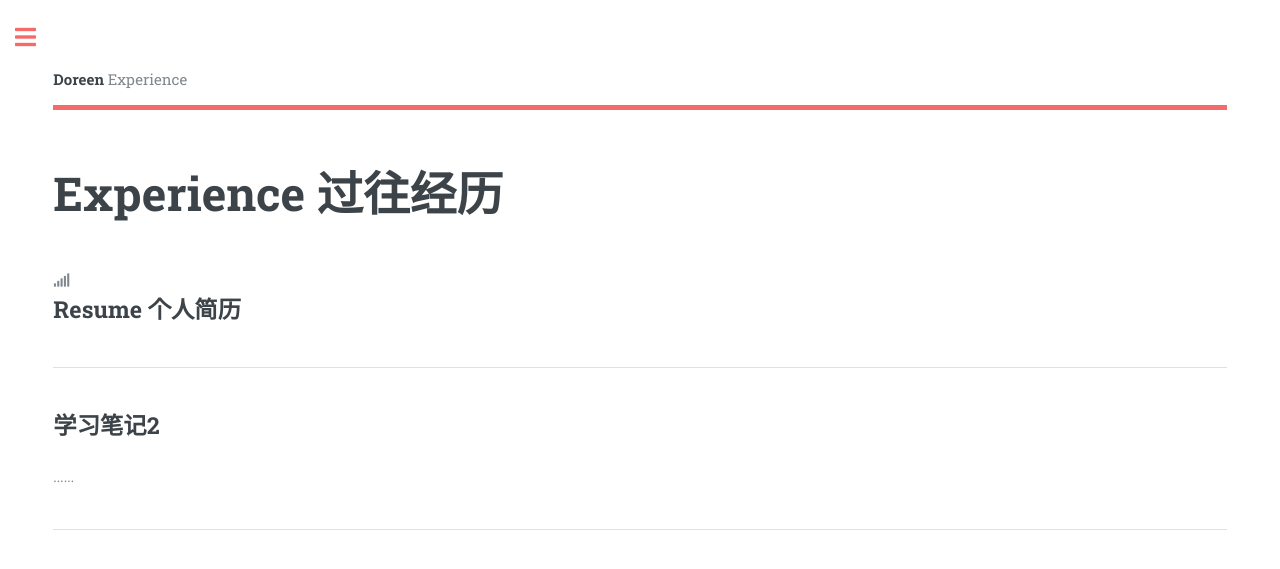
Repository: Hpz3859/Hpz3859.github.io
Page: experience.html
These files come from the project's save history. The page is drawn as it stood at one moment and after the next save; the edit follows.
The browser window is 1280 px wide. The pictures show the whole page.

Above is the page before, as saved 2025-03-19 14:37:22.

### experience.html
<!DOCTYPE HTML>
<!--
	Editorial by HTML5 UP
	html5up.net | @ajlkn
	Free for personal and commercial use under the CCA 3.0 license (html5up.net/license)
-->
<html>
	<head>
		<title>Doreen Experience</title>
		<meta charset="utf-8" />
		<meta name="viewport" content="width=device-width, initial-scale=1, user-scalable=no" />
		<link rel="stylesheet" href="assets/css/main.css" />
	</head>
	<body class="is-preload">

		<!-- Wrapper -->
			<div id="wrapper">

				<!-- Main -->
					<div id="main">
						<div class="inner">

							<!-- Header -->
								<header id="header">
									<a href="experience.html" class="logo"><strong>Doreen</strong>  Experience</a>
									<!--
									<ul class="icons">
										<li><a href="#" class="icon brands fa-twitter"><span class="label">Twitter</span></a></li>
										<li><a href="#" class="icon brands fa-facebook-f"><span class="label">Facebook</span></a></li>
										<li><a href="#" class="icon brands fa-snapchat-ghost"><span class="label">Snapchat</span></a></li>
										<li><a href="#" class="icon brands fa-instagram"><span class="label">Instagram</span></a></li>
										<li><a href="#" class="icon brands fa-medium-m"><span class="label">Medium</span></a></li>
									</ul>
									-->
								</header>

							<!-- Content -->
								<section>
									<header class="main">
										<h1>Experience 过往经历</h1>
									</header>
										<!-- Content -->
										<div class="content">
											<span class="icon solid fa-signal">
												<h2><a href="resume.html" class="logo">Resume 个人简历</a></h2>
											</span>

										</div>
										<hr class="major" />

										<div class="content">
											<h2><a href="#" class="logo">学习笔记2</a></h2>
											<p>……</p>
										</div>
										<hr class="major" />


								</section>

						</div>
					</div>

				<!-- Sidebar -->
					<div id="sidebar">
						<div class="inner">

							<!-- Search -->
								<section id="search" class="alt">
									<form method="post" action="#">
										<input type="text" name="query" id="query" placeholder="Search" />
									</form>
								</section>

							<!-- Menu -->
								<nav id="menu">
									<header class="major">
										<h2>目录</h2>
									</header>
									<ul>
										<li><a href="index.html">主页</a></li>
										<li>
											<span class="opener">过往经历</span>
											<ul>
												<li><a href="resume.html">个人简历</a></li>
												<li><a href="#">项目笔记</a></li>
												<li><a href="mysql.html">MySQL学习笔记</a></li>
											</ul>
										</li>
									</ul>
								</nav>


							<!-- Section -->
								<section>
									<header class="major">
										<h2>联系我</h2>
									</header>
									<p> </p>
									<ul class="contact">
										<li class="icon solid fa-envelope"><a href="#">h18286003859@163.com</a></li>
										<li class="icon solid fa-phone">(+86)13001993255</li>
										<!-- 地址
										<li class="icon solid fa-home"></li>
										-->
									</ul>
								</section>

							<!-- Footer -->
							 <!--
								<footer id="footer">
									<p class="copyright">&copy; Untitled. All rights reserved. Demo Images: <a href="https://unsplash.com">Unsplash</a>. Design: <a href="https://html5up.net">HTML5 UP</a>.</p>
								</footer>
							-->

						</div>
					</div>

			</div>

		<!-- Scripts -->
			<script src="assets/js/jquery.min.js"></script>
			<script src="assets/js/browser.min.js"></script>
			<script src="assets/js/breakpoints.min.js"></script>
			<script src="assets/js/util.js"></script>
			<script src="assets/js/main.js"></script>

	</body>
</html>

Loaded but not shown: assets/js/jquery.min.js (library); assets/js/browser.min.js (common file); assets/js/breakpoints.min.js (common file); assets/css/fontawesome-all.min.css (library); assets/js/util.js (587 lines, source omitted); assets/js/main.js (262 lines, source omitted); assets/css/main.css (2273 lines, source omitted)

After the next save:
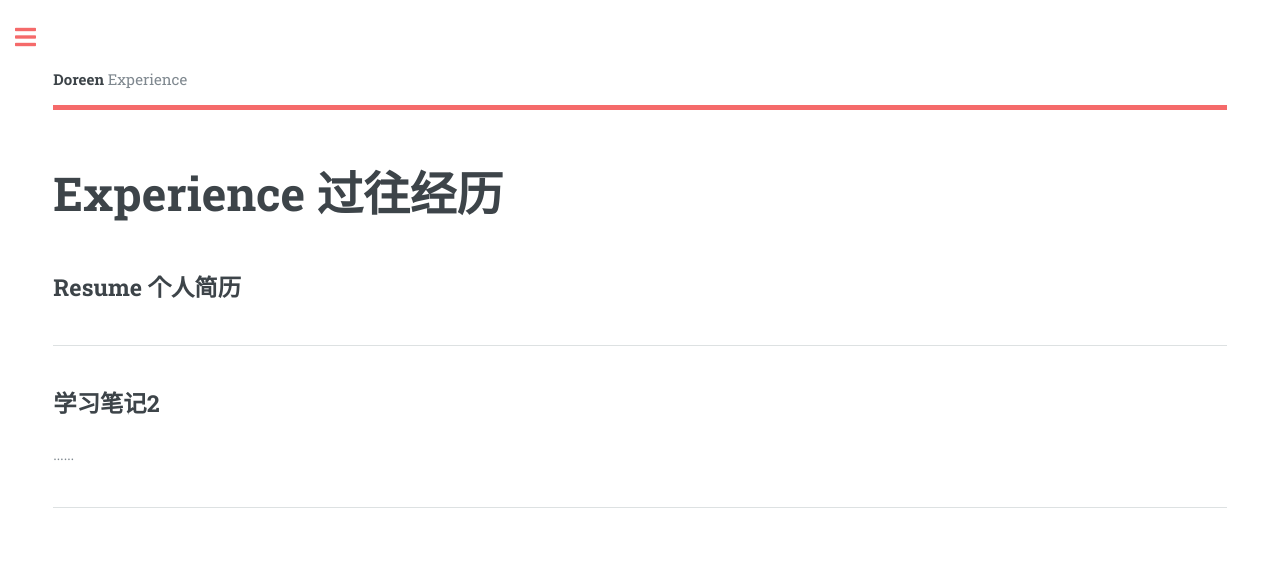
Saved 27 s later.
--- a/experience.html
+++ b/experience.html
@@ -41,7 +41,7 @@
 									</header>
 										<!-- Content -->
 										<div class="content">
-											<span class="icon solid fa-signal">
+											<span class="icon solid print">
 												<h2><a href="resume.html" class="logo">Resume 个人简历</a></h2>
 											</span>
 

After the save that followed:
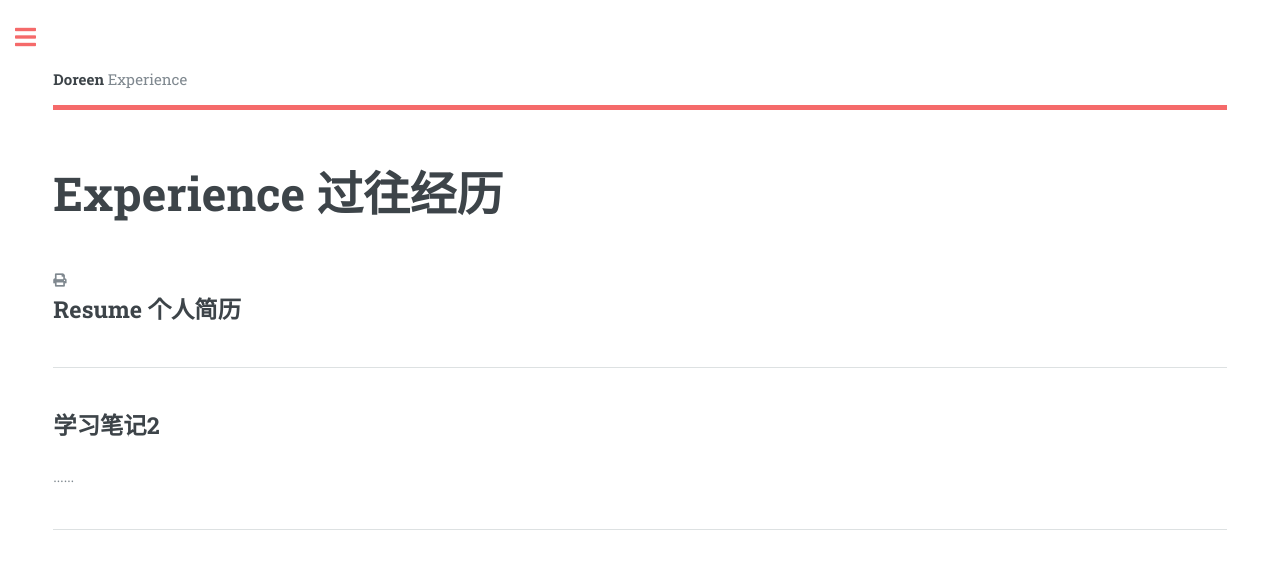
Saved 68 s later.
--- a/experience.html
+++ b/experience.html
@@ -41,7 +41,7 @@
 									</header>
 										<!-- Content -->
 										<div class="content">
-											<span class="icon solid print">
+											<span class="icon solid fa-print">
 												<h2><a href="resume.html" class="logo">Resume 个人简历</a></h2>
 											</span>
 
